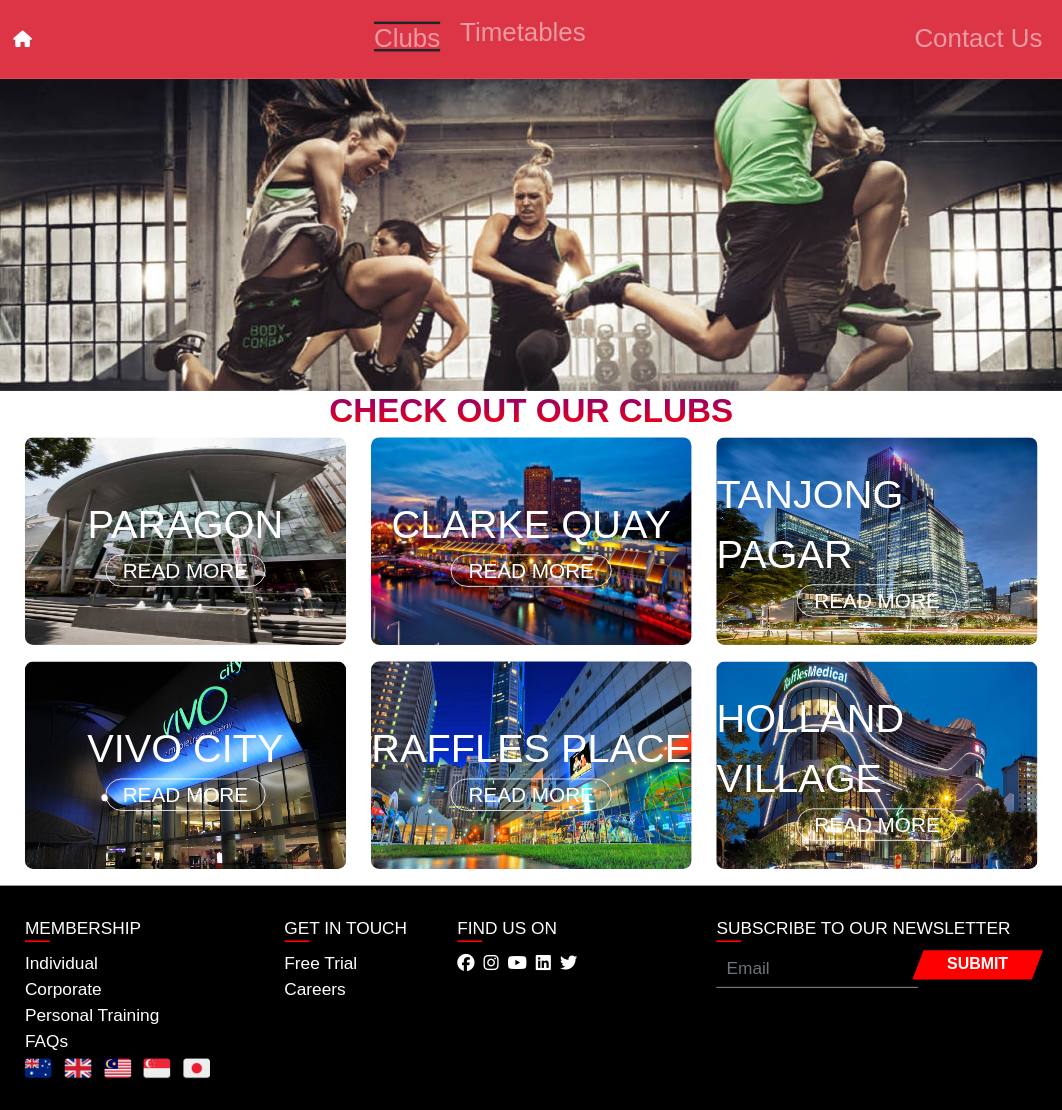
Repository: KJY93/User_Centric_Frontend_Development_Project
Page: clubs.html
The author's editor kept a record of every edit. The page is drawn from the files as they stood at one moment, then again after the next edit.
The browser window is 1280 px wide. The pictures show the whole page, at 83% of full size.
Some web fonts or font styles are not loaded; a fallback is used. Some web libraries are served in a nearby version.

Above is the page before.

### clubs.html
<!DOCTYPE html>
<html lang="en-US">
	<head>
	    <meta charset="UTF-8">
	    <meta name="viewport" content="width=device-width, initial-scale=1.0">
	    <meta http-equiv="X-UA-Compatible" content="ie=edge">
	    <title>Shape Shifters | Our Clubs</title>

		<!-- Google Fonts -->
	    <link href="https://fonts.googleapis.com/css?family=Cute+Font&display=swap" rel="stylesheet">

	    <!-- Logo -->
	    <link rel="icon" href="static/fitness-logo.ico">

	    <!-- Bootstrap CSS -->
	    <link rel="stylesheet" href="https://stackpath.bootstrapcdn.com/bootstrap/4.3.1/css/bootstrap.min.css" integrity="sha384-ggOyR0iXCbMQv3Xipma34MD+dH/1fQ784/j6cY/iJTQUOhcWr7x9JvoRxT2MZw1T" crossorigin="anonymous">

	    <!-- External CSS StyleSheet -->
		<link rel="stylesheet" type="text/css" href="static/styles.css">

		<!-- Bootstrap JS -->
	    <script src="https://code.jquery.com/jquery-3.3.1.slim.min.js" integrity="sha384-q8i/X+965DzO0rT7abK41JStQIAqVgRVzpbzo5smXKp4YfRvH+8abtTE1Pi6jizo" crossorigin="anonymous"></script>
	    <script src="https://cdnjs.cloudflare.com/ajax/libs/popper.js/1.14.7/umd/popper.min.js" integrity="sha384-UO2eT0CpHqdSJQ6hJty5KVphtPhzWj9WO1clHTMGa3JDZwrnQq4sF86dIHNDz0W1" crossorigin="anonymous"></script>
	    <script src="https://stackpath.bootstrapcdn.com/bootstrap/4.3.1/js/bootstrap.min.js" integrity="sha384-JjSmVgyd0p3pXB1rRibZUAYoIIy6OrQ6VrjIEaFf/nJGzIxFDsf4x0xIM+B07jRM" crossorigin="anonymous"></script>

	    <!-- Font Awesome -->
	    <script src="https://kit.fontawesome.com/3df94da5fe.js"></script>

	    <!--External JS -->
	    <script type="text/javascript" src="static/index.js"></script>
	</head>
	<body>
		<main>
	        <!-- Navbar -->
			<nav class="navbar navbar-expand-md navbar-dark bg-danger">

			  	<button class="navbar-toggler" type="button" data-toggle="collapse" data-target="#navbarNav">
			    <span class="navbar-toggler-icon"></span>
			  	</button>
			  	<div class="collapse navbar-collapse" id="navbarNav">
					<ul class="navbar-nav">
						<li class="nav-item">
			    			<a class="navbar-brand" href="index.html"><i class="fas fa-home"></i></a>
			    		</li>
					</ul>
			    	<ul class="navbar-nav ml-auto">
			      		<li class="nav-item">
			        		<a class="nav-link" href="clubs.html">Clubs</a>
			      		</li>
			      		<li class="nav-item">
			        		<a class="nav-link" href="timetables.html">Timetables</a>
			      		</li>
			    	</ul>

			    	<ul class="navbar-nav ml-auto">
			      		<li class="nav-item">
			        		<a class="nav-link" href="contact.html">Contact Us</a>
			      		</li>
			    	</ul>
			  	</div>
			</nav>

			<!-- Header background -->
			<div id="club-header-background"></div>

			<div>
				<h1 class="club-header"><strong>CHECK OUT OUR CLUBS</strong></h1>
			</div>

			<!-- To display clubs location -->
			<div class="container-fluid">
				<div class="row">
					<div class="col-sm-12 col-md-4 location-container">
						<a id="location-image-1" class="location" href="#">
							<div class="location-name">
								PARAGON
							</div>
							<div class="club-info">
								READ MORE
							</div>
						</a>
					</div>

					<div class="col-sm-12 col-md-4 location-container">
						<a id="location-image-2" class="location" href="#">
							<div class="location-name">
								CLARKE QUAY
							</div>
							<div class="club-info">
								READ MORE
							</div>
						</a>
					</div>

					<div class="col-sm-12 col-md-4 location-container">
						<a id="location-image-3" class="location" href="#">
							<div class="location-name">
								TANJONG PAGAR
							</div>
							<div class="club-info">
								READ MORE
							</div>
						</a>
					</div>

					<div class="col-sm-12 col-md-4 location-container">
						<a id="location-image-4" class="location" href="#">
							<div class="location-name">
								VIVO CITY
							</div>
							<div class="club-info">
								READ MORE
							</div>
						</a>
					</div>

					<div class="col-sm-12 col-md-4 location-container">
						<a id="location-image-5" class="location" href="#">
							<div class="location-name">
								RAFFLES PLACE
							</div>
							<div class="club-info">
								READ MORE
							</div>
						</a>
					</div>

					<div class="col-sm-12 col-md-4 location-container">
						<a id="location-image-6" class="location" href="#">
							<div class="location-name">
								HOLLAND VILLAGE
							</div>
							<div class="club-info">
								READ MORE
							</div>
						</a>
					</div>
				</div>
			</div>

			<!-- Footer -->
			<footer>
				<div class="container-fluid">
					<div class="row">
						<div class="col-sm-12 col-md-3">
							<div>MEMBERSHIP</div>
							<div class="separator"></div>
							<div>Individual</div>
							<div>Corporate</div>
							<div>Personal Training</div>
							<div>FAQs</div>
						</div>

						<div class="col-sm-12 col-md-2">
							<div>GET IN TOUCH</div>
							<div class="separator"></div>
							<div>Free Trial</div>
							<div>Careers</div>
						</div>

						<div class="col-sm-12 col-md-3">
							<div>FIND US ON</div>
							<div class="separator"></div>
							<div>
								<i class="fab fa-facebook social-media-logo"></i>
								<i class="fab fa-instagram social-media-logo"></i>
								<i class="fab fa-youtube social-media-logo"></i>
								<i class="fab fa-linkedin social-media-logo"></i>
								<i class="fab fa-twitter social-media-logo"></i>
							</div>
						</div>

						<div class="col-sm-12 col-md-4">
							<div>SUBSCRIBE TO OUR NEWSLETTER</div>

							<div class="separator"></div>

							<form method="post" action="">
								<div class="input-field-container">
									<div class="form-group">
										<input input id="subscription" type="email" class="form-control" placeholder="Email" required>
									</div>

									<div class="each">
										<button type="button" class="submit-btn" value="submit"><span>SUBMIT</span></button>
									</div>
								</div>
							</form>
						</div>

						<div class="col-sm-12">
							<img class="flag-logo" src="static/australia-flag.png" alt="australia flag"/>
							<img class="flag-logo" src="static/uk-flag.png" alt="uk flag"/>
							<img class="flag-logo" src="static/mys-flag.png" alt="malaysia flag"/>
							<img class="flag-logo" src="static/sg-flag.png" alt="singapore flag"/>
							<img class="flag-logo" src="static/jpn-flag.png" alt="japan flag"/>
						</div>
					</div>
				</div>
			</footer>
		</main>
	</body>
</html>

### static/styles.css
body, html {
	height: 100%;
}

body {
	font-family: 'Cute Font', cursive, sans-serif;
}

.activepage {
	text-decoration: underline overline;
	padding: 8px;
}

.nav-link {
	font-size: 1.5em;
}

body.home a.home, body.articles a.articles, body.blog a.blog {

	background-color: green;

}

.nav-item {
	font-size: 130%;
}

.table-striped > tbody > tr:nth-child(odd) > td {
	background: -webkit-linear-gradient(top, #fee5ac, #ffa824);
}

#subscription {
  background: transparent;
  border: none;
  border-bottom: 1px solid #a9a9a9;
  box-shadow: none;
  border-radius: 0;
}

.iframe-video-size {
	width: 300px;
	height: 320px;
}

.social-media-logo {
	margin-right: 5px;
}

.separator {
	margin-bottom: 10px;
	height: 2px;
	width: 30px;
	background: rgb(255, 0, 0);
	z-index: 1;
}

.row {
	margin-left: 0;
	margin-right: 0;
}

#advert > h1 {
	color: #ffffff;
}

#signup-link {
	color: #ffffff;
}

input[type="email"] {
 	font-size: 1em;
}

/*.col-sm-12, .col-md-6, .nav-link, #signup-link {*/
.col-sm-12, .col-md-6, #signup-link {
	font-size: 1.3em;
}

.link-deco:link {
	text-decoration: none;
}

.link-deco:hover {
	font-size:120%;
}

.link-font-color, button > .link-deco:hover {
	color: #ffffff;
}

.box2, .box3 {
	background: rgba(255,117,117,0.1);
}

.button-container, p, .challenge-container, #signup-container, .box3, .box2 {
	text-align: center;
}

#divider {
	width: 100%;
	border: 1px solid black;
}

footer {
	padding-top: 35px;
	padding-bottom: 35px;
	background: rgba(0, 0, 0);
	color: #ffffff;
}

.box1 {
	background:url('../static/background-mobile.jpg');
	background-repeat: no-repeat;
	background-size: 100% 100%;
	height: 280px;
	display: flex;
	align-items: center;
	justify-content: center;
}

/*https://codepen.io/adamjohnson/pen/aokGt*/
/* Skew button design adapted from the above codepen project*/
.submit-btn {
	color: #fff;
	background: #ff0000;
	font-weight: 700;
	text-align: center;
	text-decoration: none;
	border: 0;
	outline: 0;
	font-size: 1.2rem;
	padding: 12px 35px;
	display: inline-block;
	transform: skew(-21deg);
	border-radius: 0;
}

.input-field-container {
	display: flex;
	flex-direction: row;
}

.submit-btn:hover {
	background: #0069a8;
}

span {
	display: inline-block; /* change to inline-block so that the text can be un-skewed*/
}

.submit-btn > span {
	-webkit-transform: skew(21deg);  /* Un-skew the text */
}

.btn-group {
	padding-left: 15px;
}

.btn-group-1 {
	background: lightblue;
}

.flag-logo {
	padding-right: 10px;
}

#club-header-background {
	background:url('../static/bodycombat.jpg');
	background-repeat: no-repeat;
	background-size: 100% 100%;
	height: 200px;
}

.club-header {
	text-align: center;
	background: linear-gradient(to top, #ff0000 , #800080);
	-webkit-background-clip: text;
	-webkit-text-fill-color: transparent;
	font-size: 2.5em;
}

.location {
	display: flex;
	flex-direction: column;
	justify-content: center;
	align-items: center;
	color: #ffffff;
	margin-bottom: 20px;
}

.location:link {
	text-decoration: none;
}

.location:hover {
	opacity: 0.8;
}

.location:hover .location-name, .location:hover .club-info {
	background: linear-gradient(to top, #ff0000 , #ff9800);
	-webkit-background-clip: text;
	-webkit-text-fill-color: transparent;
}

.location-name {
	font-size: 2.3em;
}

.club-info {
	font-size: 1.2em;
	border: 1px solid #ffffff;
	padding-left: 20px;
	padding-right: 20px;
	border-radius: 20px;
}

#location-image-1 {
	background:url('../static/paragon.jpg');
    background-size: 100% 100%;
    background-repeat: no-repeat;
    background-position: center;
	border-radius: 10px;
	height: 250px;
}

#location-image-2 {
	background:url('../static/clarke-quay.jpg');
    background-size: 100% 100%;
    background-repeat: no-repeat;
    background-position: center;
	border-radius: 10px;
	height: 250px;
}

#location-image-3 {
	background:url('../static/tanjongpagar.jpg');
    background-size: 100% 100%;
    background-repeat: no-repeat;
    background-position: center;
	border-radius: 10px;
	height: 250px;
}

#location-image-4 {
	background:url('../static/vivocity.jpg');
    background-size: 100% 100%;
    background-repeat: no-repeat;
    background-position: center;
	border-radius: 10px;
	height: 250px;
}

#location-image-5 {
	background:url('../static/rafflesplace.jpg');
    background-size: 100% 100%;
    background-repeat: no-repeat;
    background-position: center;
	border-radius: 10px;
	height: 250px;
}

#location-image-6 {
	background:url('../static/rafflesmall.jpg');
    background-size: 100% 100%;
    background-repeat: no-repeat;
    background-position: center;
	border-radius: 10px;
	height: 250px;
}

#timetables-header-background {
	background:url('../static/groupyoga.jpg');
	background-repeat: no-repeat;
	background-size: 100% 100%;
	height: 250px;
}

/* override text alignment and font-size*/
.table {
	text-align: center;
	font-size: 1.3rem;
}

#contact-us-background {
	background:url('../static/reachout.jpg');
	background-repeat: no-repeat;
	background-size: 100% 100%;
	height: 200px;
}

.contact-container {
	display: flex;
	align-items: center;
	flex-direction: column;
}

.generic-submit-btn-container, .form-attribute {
	text-align: center;
}

.form-group.w-75 {
	text-align: center;
}

.contact-us {
	font-size: 1.8em;
}

.generic-submit-btn-container {
	margin-bottom: 15px;
}

.form-attribute, .form-placeholder:placeholder-shown, textarea:placeholder-shown {
  font-size: 1.2em;
}

/* for extra small device */
@media (max-width: 400px) {
	.iframe-video-size {
	width: 260px;
	height: 320px;
	}

	#club-header-background {
		height: 160px;
	}

	.club-header {
		font-size: 2.0em;
	}

	.location-name {
		font-size: 2.0em;
	}

	.club-info {
		font-size: 1.0em;
	}

	.contact-us {
		font-size: 1.5em;
	}
	.box1 {
		height: 220px;
	}
}

/* for medium screen device */
@media (min-width: 768px) and (max-width: 991.98px) {
	.box1 {
		background:url('../static/background.jpg');
		background-repeat: no-repeat;
		height: 400px; /* 550 */
		background-size: 100% 100%;
	}

	.box2 {
		text-align: center;
	}

	.btn-group {
		padding-left: 0;
	}

	.iframe-video-size {
		width: 340px;
		height: 320px;
	}

	#timetables-header-background {
		height: 450px;
	}

	.table {
		font-size: 1.8rem;
	}

	#contact-us-background {
		height: 450px;
	}

	.form-attribute, .form-placeholder:placeholder-shown, textarea:placeholder-shown,
	.generic-submit-btn-container > button {
	  font-size: 1.4em;
	}

	.location-name, .club-info {
		font-size: 1.5em;
	}
}

/* for large screen device */
@media (min-width: 992px) {
	.box1 {
		height: 600px;
	}

	.btn-group {
		padding-left: 0;
	}

	.submit-btn {
		padding: 3px 35px;
	}

	.iframe-video-size {
		width: 470px;
		height: 320px;
	}

	#club-header-background {
		height: 376px;
	}

	#timetables-header-background {
		height: 600px;
	}

	#contact-us-background {
		height: 550px;
	}

	.form-attribute, .form-placeholder:placeholder-shown, textarea:placeholder-shown,
	.generic-submit-btn-container > button {
	  font-size: 1.5em;
	}

}

### static/index.js
// added interactivity to show user which current page they are currently on using javascript
document.addEventListener('DOMContentLoaded', () => {

    var navlinkitem = document.querySelectorAll('nav li a');
    console.log(navlinkitem);

    for (var i = 0; i < navlinkitem.length; i++) {

        if (navlinkitem[i].href == window.location.href) {
            navlinkitem[i].parentElement.classList.add('activepage');
        }
    }
});

After the next edit:
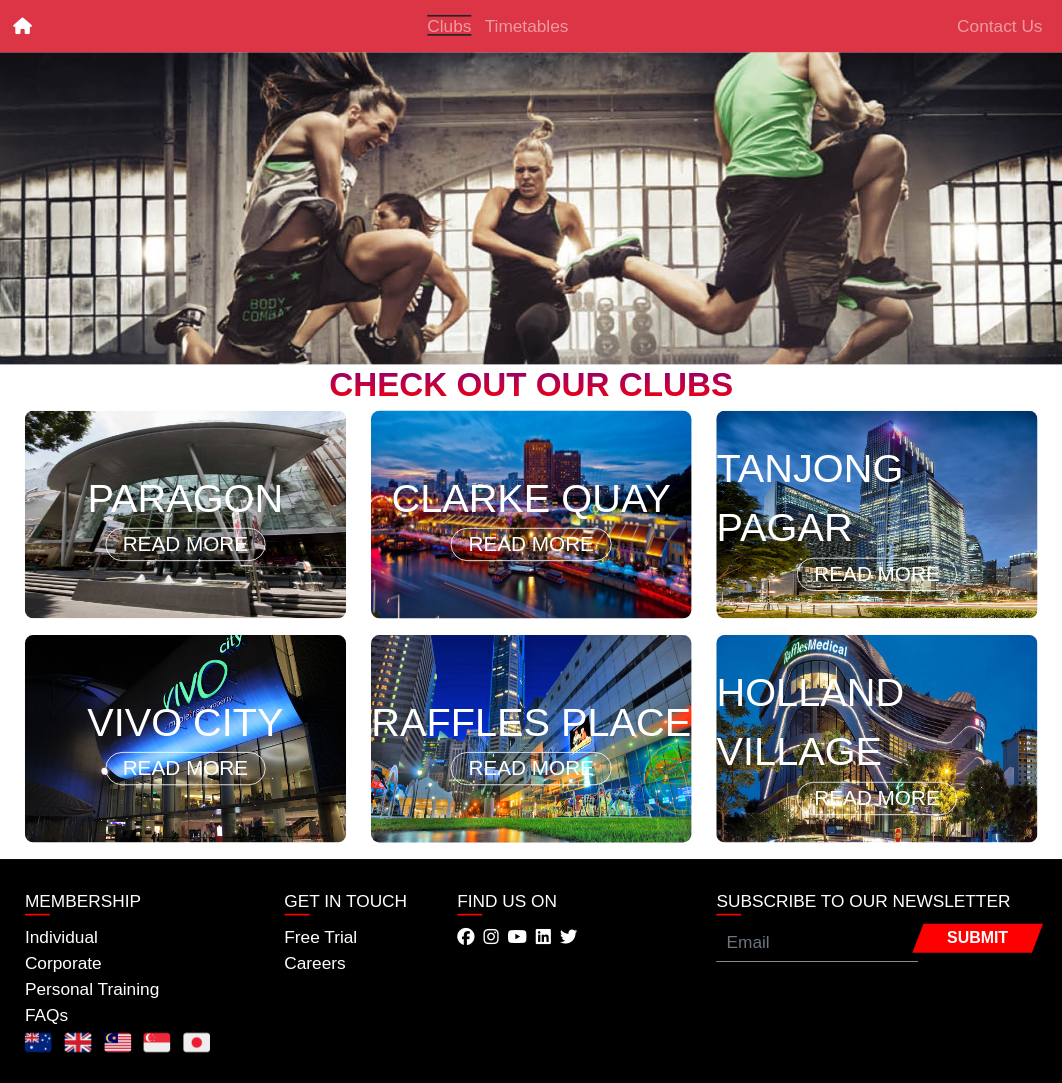
The edit:
--- a/static/styles.css
+++ b/static/styles.css
@@ -8,11 +8,6 @@
 
 .activepage {
 	text-decoration: underline overline;
-	padding: 8px;
-}
-
-.nav-link {
-	font-size: 1.5em;
 }
 
 body.home a.home, body.articles a.articles, body.blog a.blog {
